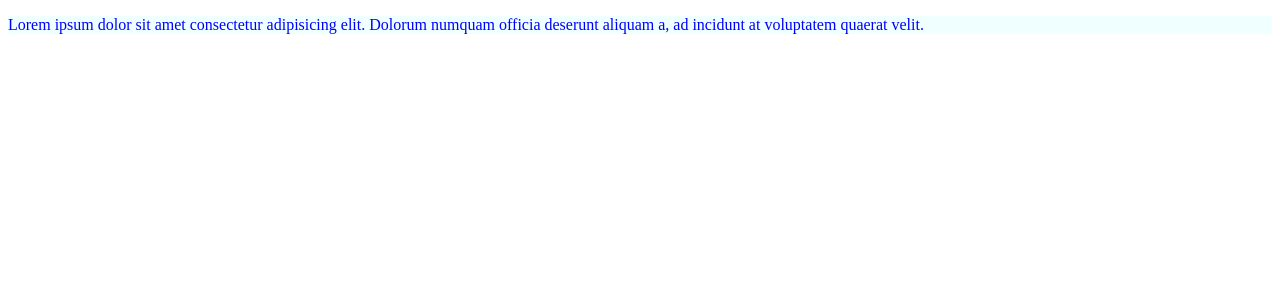
Repository: shazib2023/wtwdt-8
Page: index.html
An editor plug-in stored every save of this project. The page is shown before and after a run of saves, followed by the edit.
The browser window is 1280 px wide. The pictures show the whole page.

Above is the page before, as saved 2023-10-30 14:51:14.

After the next 3 saves:
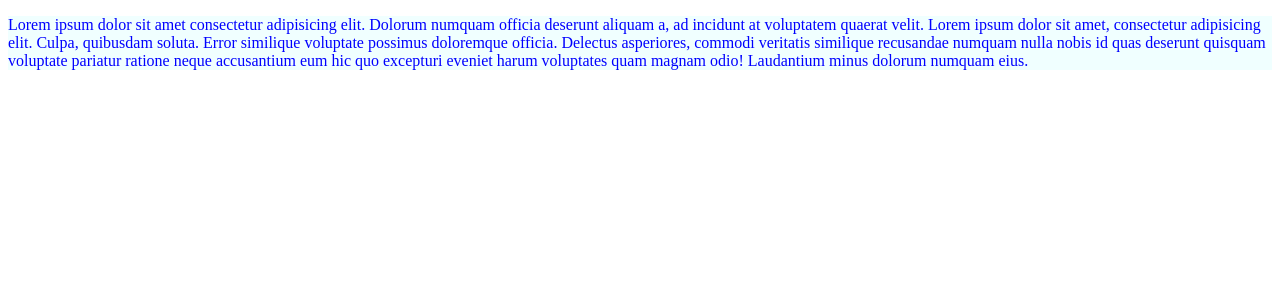
The 3 saves are shown as one change because they came seconds apart.
The last was saved 19 s later.
--- a/index.html
+++ b/index.html
@@ -11,7 +11,7 @@
     </style>
 </head>
 <body>
-    <p style="background-color: azure;">Lorem ipsum dolor sit amet consectetur adipisicing elit. Dolorum numquam officia deserunt aliquam a, ad incidunt at voluptatem quaerat velit.</p>
+    <p style="background-color: azure;">Lorem ipsum dolor sit amet consectetur adipisicing elit. Dolorum numquam officia deserunt aliquam a, ad incidunt at voluptatem quaerat velit. Lorem ipsum dolor sit amet, consectetur adipisicing elit. Culpa, quibusdam soluta. Error similique voluptate possimus doloremque officia. Delectus asperiores, commodi veritatis similique recusandae numquam nulla nobis id quas deserunt quisquam voluptate pariatur ratione neque accusantium eum hic quo excepturi eveniet harum voluptates quam magnam odio! Laudantium minus dolorum numquam eius.</p>
 
 </body>
 </html>
